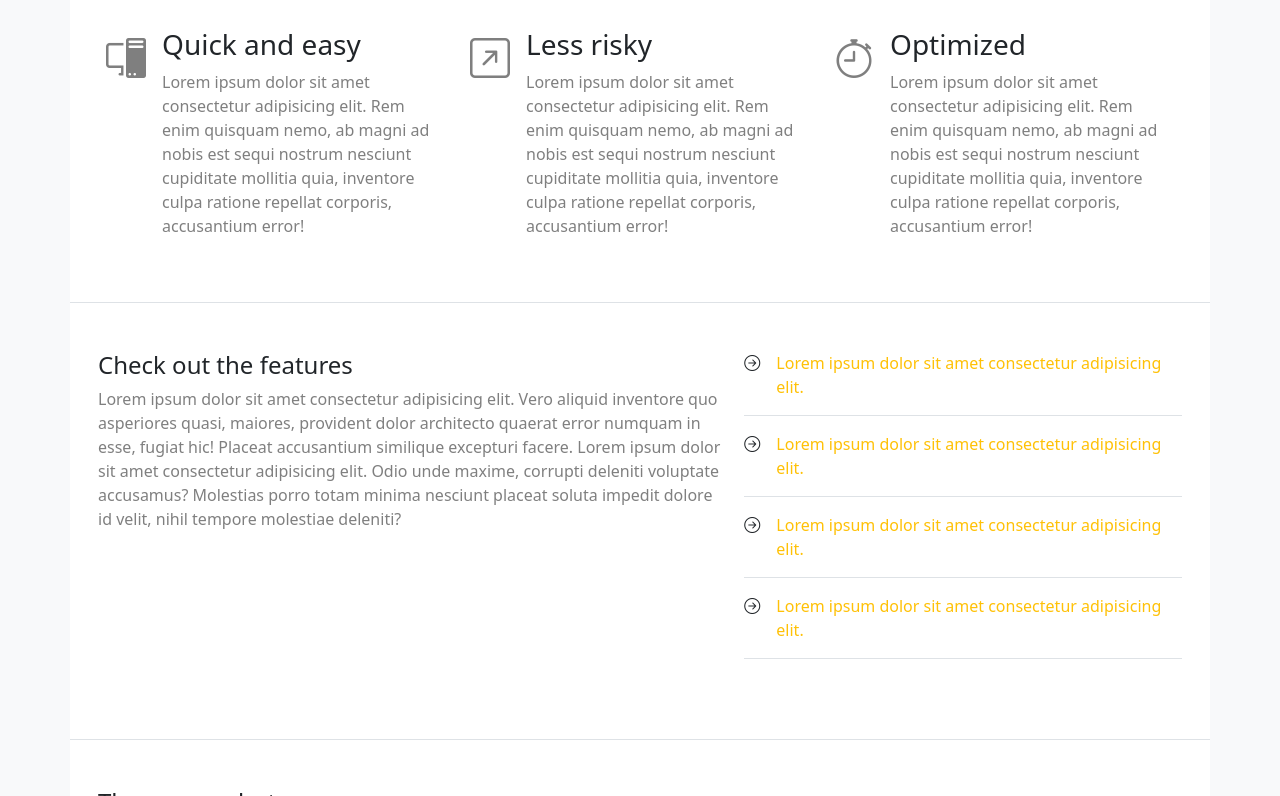
Repository: lyvandat/dh---bootstrap1
Page: index.html
The author's editor kept a copy of each file at every save. The page is drawn from the files as they stood at one save, then again after the next save.
The browser window is 1280 px wide. The pictures show the part of the page from y = 559 to 1355 px (the page is 2525 px tall before and 2557 px after).
A picture or video elsewhere on the page could not be fetched, so the positions and the page height are approximate. Some web libraries are served in a nearby version.

Above is the page before, as saved 2022-11-01 21:31:54.

### index.html
<!DOCTYPE html>
<html lang="en">
  <head>
    <!-- Required meta tags -->
    <meta charset="utf-8" />
    <meta name="viewport" content="width=device-width, initial-scale=1" />

    <!-- Bootstrap CSS -->
    <link
      href="https://cdn.jsdelivr.net/npm/bootstrap@5.0.2/dist/css/bootstrap.min.css"
      rel="stylesheet"
      integrity="sha384-EVSTQN3/azprG1Anm3QDgpJLIm9Nao0Yz1ztcQTwFspd3yD65VohhpuuCOmLASjC"
      crossorigin="anonymous"
    />
    <link
      rel="stylesheet"
      href="https://cdn.jsdelivr.net/npm/bootstrap-icons@1.9.1/font/bootstrap-icons.css"
    />
    <link rel="stylesheet" href="./default.css">
    <title>Hello, world!</title>
  </head>
  <body class="bg-light">
    <div class="container bg-white">
      <section
        class="align-items-center bg-white border-bottom border-gray py-4"
      >
        <div class="row px-0">
          <div class="col-2 d-inline-flex align-items-center">
            <img class="w-50 d-block mx-auto rounded-circle" src="http://blog.abit.vn/wp-content/uploads/2020/06/tu-duy-target-facebook-ads-4.jpg">
            <h2 class="text-danger">Target</h2>
          </div>
          <div class="col-6 d-flex align-items-center">
            <div class="text-gray font-style-italic text-black-50 fw-bold">
              Premium landing page templates
            </div>
          </div>
          <div class="col-4 d-flex align-items-center">
            <h3 class="fs-5 ms-auto">Call Now!: 1-800-123-456</h3>
          </div>
        </div>
      </section>

      <!-- intro -->
      <div class="">
      <section class="px-3 row mt-5 d-flex align-items-stretch border-bottom border-gray pb-5">
        <div class="col-6 d-flex flex-column justify-content-between">
          <h2>The perfect way to convert your traffic into sales</h2>
          <article class="text-black-50 fw-medium">
            Lorem ipsum dolor sit amet consectetur adipisicing elit. Incidunt
            voluptatibus non itaque, ut aperiam necessitatibus rem impedit
            cupiditate. Eius perferendis ipsam impedit deserunt repellat
            reiciendis, error ducimus eum ratione iusto.
            <br></br>
            cupiditate. Eius perferendis ipsam impedit deserunt repellat
            reiciendis, error ducimus eum ratione iusto.
          </article>
          <div class="d-flex justify-content-center align-items-center mt-4">
            <button
              class="btn rounded-pill bg-warning bg-gradient border border-black fs-4 px-3 py-2"
            >
              Purchase now
            </button>
            <span class="d-block mx-4 fw-bold fs-6">Or</span>
            <button
              class="btn rounded-pill bg-light bg-gradient border border-black fs-4 px-3 py-2"
            >
              Take a tour
            </button>
          </div>
        </div>
        <div class="col-6">
          <img
            class="mw-100 img"
            src="https://images.unsplash.com/photo-1448375240586-882707db888b?ixlib=rb-4.0.3&ixid=MnwxMjA3fDB8MHxwaG90by1wYWdlfHx8fGVufDB8fHx8&auto=format&fit=crop&w=1170&q=80"
          />
        </div>
      </section>
    </div>

    <div class="">
      <section class="px-4 row text-black-50 mt-5 border-bottom border-gray pb-5">
        <div class="col-4 d-flex align-items-start">
          <i class="bi bi-pc-display fs-1"></i>
          <div class="ms-3">
            <h3 class="text-dark">Quick and easy</h3>
            <p class="fw-medium">Lorem ipsum dolor sit amet consectetur adipisicing elit. Rem enim quisquam nemo, ab magni ad nobis est sequi nostrum nesciunt cupiditate mollitia quia, inventore culpa ratione repellat corporis, accusantium error!</p>
          </div>
        </div>
        <div class="col-4 d-flex align-items-start">
          <i class="bi bi-arrow-up-right-square fs-1"></i>
          <div class="ms-3">
            <h3 class="text-dark">Less risky</h3>
            <p class="fw-medium">Lorem ipsum dolor sit amet consectetur adipisicing elit. Rem enim quisquam nemo, ab magni ad nobis est sequi nostrum nesciunt cupiditate mollitia quia, inventore culpa ratione repellat corporis, accusantium error!</p>
          </div>
        </div>
        <div class="col-4 d-flex align-items-start ">
          <i class="bi bi-stopwatch fs-1"></i>
          <div class="ms-3">
            <h3 class="text-dark">Optimized</h3>
            <p class="fw-medium">Lorem ipsum dolor sit amet consectetur adipisicing elit. Rem enim quisquam nemo, ab magni ad nobis est sequi nostrum nesciunt cupiditate mollitia quia, inventore culpa ratione repellat corporis, accusantium error!</p>
          </div>
        </div>
      </section>
    </div>


    <div class="">
      <section class="row px-3 border-bottom border-gray mt-5 pb-5">
        <div class="col-7"><h4>Check out the features</h4><p class="text-black-50 fw-medium">Lorem ipsum dolor sit amet consectetur adipisicing elit. Vero aliquid inventore quo asperiores quasi, maiores, provident dolor architecto quaerat error numquam in esse, fugiat hic! Placeat accusantium similique excepturi facere. Lorem ipsum dolor sit amet consectetur adipisicing elit. Odio unde maxime, corrupti deleniti voluptate accusamus? Molestias porro totam minima nesciunt placeat soluta impedit dolore id velit, nihil tempore molestiae deleniti?</p></div>
        <ul class="col-5">
          <li class="fs-6 d-flex border-bottom border-gray mb-3">
            <i class="bi bi-arrow-right-circle"></i>
            <p class="text-warning ms-3">Lorem ipsum dolor sit amet consectetur adipisicing elit.</p>
          </li>
          <li class="fs-6 d-flex border-bottom border-gray mb-3">
            <i class="bi bi-arrow-right-circle"></i>
            <p class="text-warning ms-3">Lorem ipsum dolor sit amet consectetur adipisicing elit.</p>
          </li>
          <li class="fs-6 d-flex border-bottom border-gray mb-3">
            <i class="bi bi-arrow-right-circle"></i>
            <p class="text-warning ms-3">Lorem ipsum dolor sit amet consectetur adipisicing elit.</p>
          </li>
          <li class="fs-6 d-flex border-bottom border-gray mb-3">
            <i class="bi bi-arrow-right-circle"></i>
            <p class="text-warning ms-3">Lorem ipsum dolor sit amet consectetur adipisicing elit.</p>
          </li>
        </ul>
      </section>
    </div>

    <div class="">
      <h4 class="px-3 mb-3 border-bottom border-gray my-5 pb-5 border-bottom border-gray">The screen shot</h4>
      <section class="row px-3">
        <div class="col-3">
          <img
            class="mw-100 img"
            src="https://images.unsplash.com/photo-1448375240586-882707db888b?ixlib=rb-4.0.3&ixid=MnwxMjA3fDB8MHxwaG90by1wYWdlfHx8fGVufDB8fHx8&auto=format&fit=crop&w=1170&q=80"
          />
        </div>
        <div class="col-3">
          <img
            class="mw-100 img"
            src="https://images.unsplash.com/photo-1448375240586-882707db888b?ixlib=rb-4.0.3&ixid=MnwxMjA3fDB8MHxwaG90by1wYWdlfHx8fGVufDB8fHx8&auto=format&fit=crop&w=1170&q=80"
          />
        </div>
        <div class="col-3">
          <img
            class="mw-100 img"
            src="https://images.unsplash.com/photo-1448375240586-882707db888b?ixlib=rb-4.0.3&ixid=MnwxMjA3fDB8MHxwaG90by1wYWdlfHx8fGVufDB8fHx8&auto=format&fit=crop&w=1170&q=80"
          />
        </div>
        <div class="col-3">
          <img
            class="mw-100 img"
            src="https://images.unsplash.com/photo-1448375240586-882707db888b?ixlib=rb-4.0.3&ixid=MnwxMjA3fDB8MHxwaG90by1wYWdlfHx8fGVufDB8fHx8&auto=format&fit=crop&w=1170&q=80"
          />
        </div>
      </section>
    </div>

    <section class="px-3 d-flex flex-column pb-5 mb-5">
      <h5 class="mb-4">See what our customers are saying...</h5>
      <p class="px-4 py-5 border border-gray text-black-50 fw-medium fs-5 text-center">Lorem ipsum dolor sit amet consectetur, adipisicing elit. Quidem cum odit maxime pariatur qui moeilsek leorem ks pis ehskale quantale laem pemo Lorem ipsum dolor sit amet consectetur, adipisicing elit. Quidem cum odit Lorem ipsum dolor sit amet con</p>
      <p class="ms-5 text-black-50">Mike Tyson, <span class="text-gray fw-bold">Microsoft</span></p>
      <div class="d-flex justify-content-center align-items-center mt-4">
        <button
          class="btn rounded-pill bg-warning bg-gradient border border-black fs-4 px-3 py-2"
        >
          Purchase now
        </button>
        <span class="d-block mx-4 fw-bold fs-6">Or</span>
        <button
          class="btn rounded-pill bg-light bg-gradient border border-black fs-4 px-3 py-2"
        >
          Take a tour
        </button>
      </div>
    </section>

    <section class="row px-3 pb-5 footer text-white pt-5">
      <div class="col-3">
        <h4>Payment method</h4>
        <p>Doloremque aut perferendis similique accusantium fuga id qui aliquam minima consequatur aspernatur eius nulla, tempora quod. Obcaecati neque modi iure ab doloremque!</p>
      </div>
      <div class="col-3">
        <h4>Get in touch</h4>
        <p>123 Main street #3 San Francisco, Ca, 94120 phone: (866) 123.4567 ex#1 FAX: (866) 123-0000 Email: oke@gmail.com</p>
      </div>
      <div class="col-3">
        <h4>Design details</h4>
        <p>Lorem ipsum dolor sit amet consectetur, adipisicing elit. Doloremque aut perferendis similique accusantium fuga id qui aliquam minima consequatur aspernatur eius nulla, tempora quod. Obcaecati neque modi iure ab doloremque!</p>
      </div>
      <div class="col-3">
        <img class="w-50 d-block mx-auto" src="http://blog.abit.vn/wp-content/uploads/2020/06/tu-duy-target-facebook-ads-4.jpg">
      </div>
    </section>
    <section class="w-100 bg-dark p-4 text-white">
      <p>Copyright &copy; 2011 Target. All rights served. Design by <span class="text-warning">Shegy</span></p>
    </section>
  </div>



    <!-- Option 1: Bootstrap Bundle with Popper -->
    <script
      src="https://cdn.jsdelivr.net/npm/bootstrap@5.0.2/dist/js/bootstrap.bundle.min.js"
      integrity="sha384-MrcW6ZMFYlzcLA8Nl+NtUVF0sA7MsXsP1UyJoMp4YLEuNSfAP+JcXn/tWtIaxVXM"
      crossorigin="anonymous"
    ></script>
  </body>
</html>

### default.css
.footer {
  background: rgb(44, 42, 42);
}

After the next save:
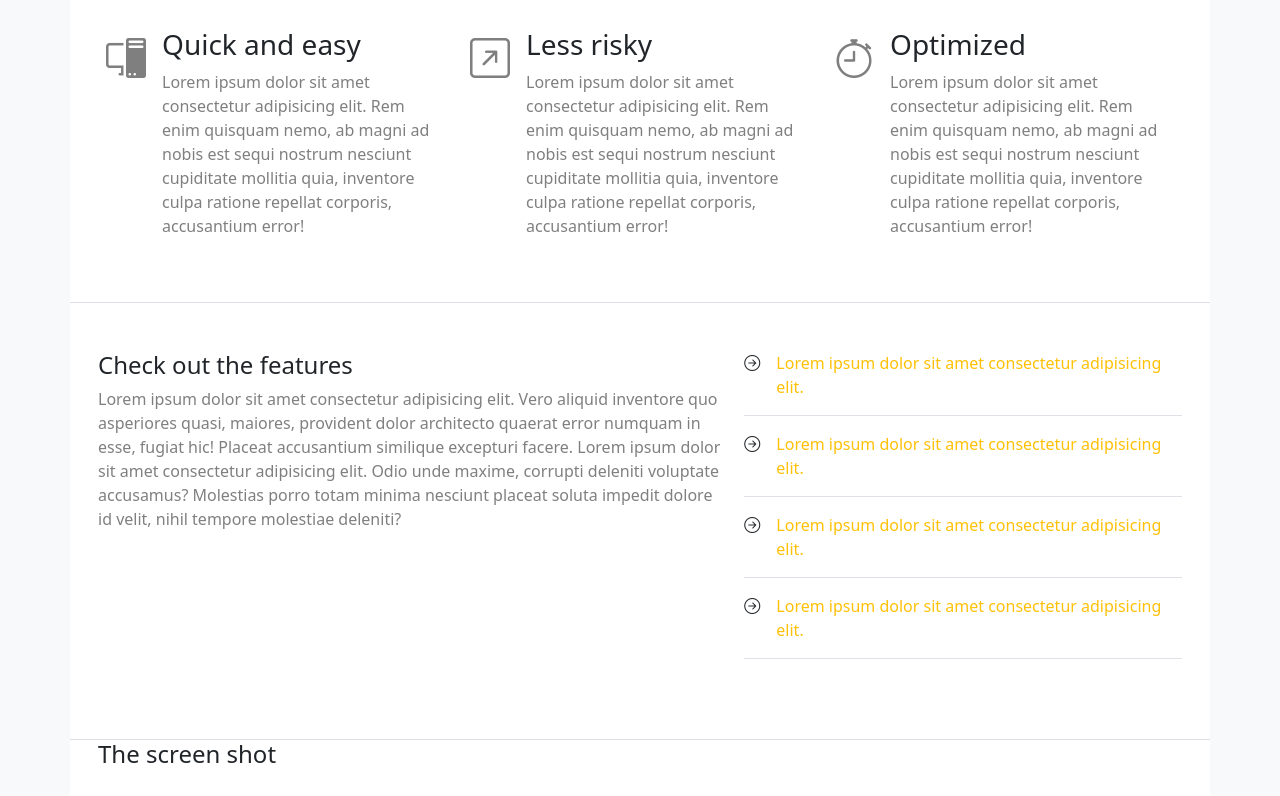
Saved 82 s later.
--- a/index.html
+++ b/index.html
@@ -129,8 +129,8 @@
     </div>
 
     <div class="">
-      <h4 class="px-3 mb-3 border-bottom border-gray my-5 pb-5 border-bottom border-gray">The screen shot</h4>
-      <section class="row px-3">
+      <h4 class="px-3 mb-3 ">The screen shot</h4>
+      <section class="row px-3 border-bottom border-gray my-5 pb-5 border-bottom border-gray">
         <div class="col-3">
           <img
             class="mw-100 img"
